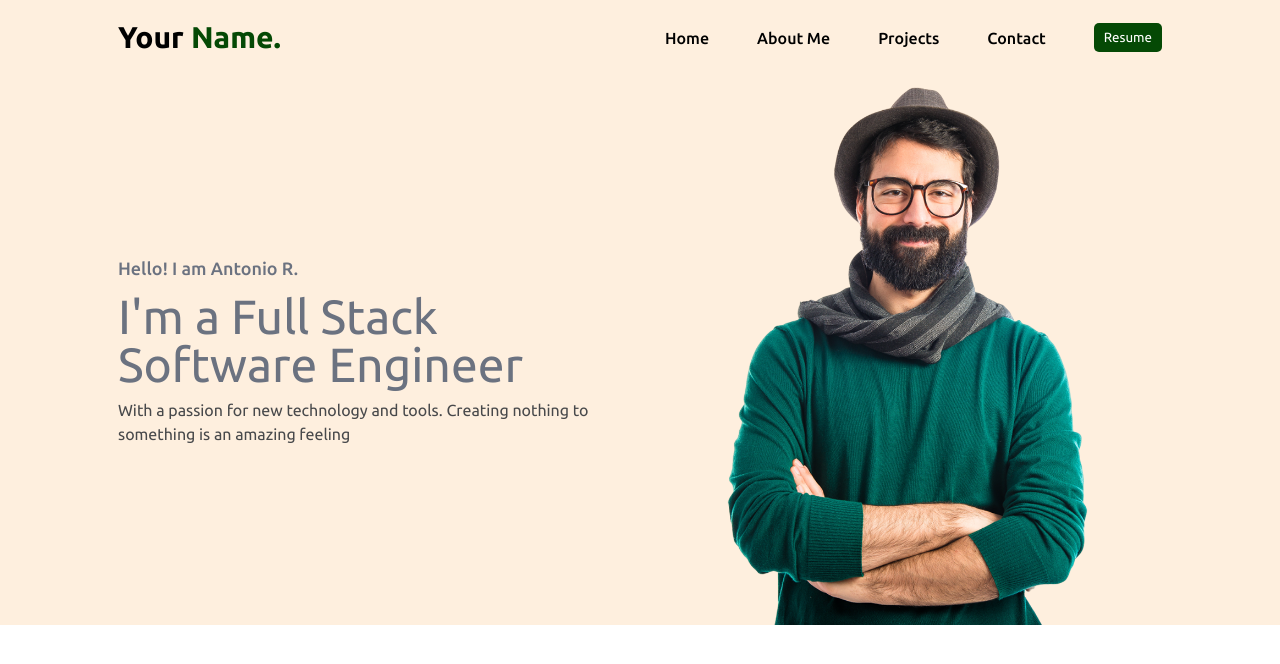
Repository: DevAntonioRogers/vanilla-portfolio
Page: index.html
An editor plug-in stored every save of this project. The page is shown before and after the next save, followed by the edit.
The browser window is 1280 px wide. The pictures show the whole page.

Above is the page before, as saved 2023-07-14 22:17:17.

### index.html
<!DOCTYPE html>
<html lang="en">
  <head>
    <meta charset="UTF-8" />
    <meta name="viewport" content="width=device-width, initial-scale=1.0" />
    <link rel="stylesheet" href="style.css" />
    <title>Antonio Rogers</title>
  </head>
  <body>
    <nav>
      <div class="container navbar">
        <a href="/" aria-label="Home">
          <h1>Your <span>Name.</span></h1></a
        >
        <ul>
          <li>
            <a href="/" aria-label="Home">Home</a>
          </li>
          <li>
            <a href="/" aria-label="About Me">About Me</a>
          </li>
          <li>
            <a href="/" aria-label="Projects">Projects</a>
          </li>
          <li>
            <a href="/" aria-label="Contact">Contact</a>
          </li>
          <li>
            <a href="/resume.pdf" download aria-label="Download Resume">
              <button class="navbar-button">Resume</button>
            </a>
          </li>
        </ul>
      </div>
    </nav>

    <section class="hero">
      <div class="container hero-container">
        <div class="hero-info">
          <h4>Hello! I am Antonio R.</h4>
          <h1>I'm a Full Stack Software Engineer</h1>
          <p>With a passion for new technology and tools. Creating nothing to something is an amazing feeling</p>
        </div>

        <div class="hero-image-container">
          <img src="hero.png" alt="" />
        </div>
      </div>
    </section>
  </body>
</html>

### style.css
@import url("https://fonts.googleapis.com/css2?family=Ubuntu:wght@300;400;500;700&display=swap");

* {
  box-sizing: border-box;
  padding: 0;
  margin: 0;
  font-family: "Ubuntu", sans-serif;
}

a {
  text-decoration: none;
  color: inherit;
}

li {
  list-style: none;
}

.container {
  width: 89%;
  margin: auto;
  max-width: 1044px;
}

/* NAVBAR STYLING */

nav {
  background: #feefde;
  padding: 20px 0;
}

.navbar {
  display: flex;
  justify-content: space-between;
  align-items: center;
}

.navbar h1 {
  font-size: 30px;
  font-weight: 700;
}

.navbar span {
  color: rgb(5, 73, 5);
}

.navbar ul {
  display: flex;
  align-items: center;
  gap: 3rem;
}

.navbar ul li {
  font-weight: 500;
}

.navbar-button {
  background-color: rgb(5, 73, 5);
  padding: 7px 10px;
  border-radius: 5px;
  color: white;
  border: none;
}

/* HERO STYLES */

.hero {
  background-color: #feefde;
}

.hero-container {
  display: grid;
  grid-template-columns: repeat(2, minmax(0, 1fr));
  align-items: center;
  gap: 1.5rem;
}

.hero-image-container {
  display: flex;
  justify-content: center;
  align-items: center;
}

.hero-info h4 {
  font-size: 1.12rem;
  line-height: 1.75rem;
  color: #6b7280;
  font-weight: 500;
  margin-bottom: 10px;
}

.hero-info h1 {
  font-size: 3rem;
  line-height: 1;
  color: #6b7280;
  font-weight: 400;
  margin-bottom: 10px;
}

.hero-info p {
  font-size: 1rem;
  line-height: 1.5rem;
  font-weight: 400;
  color: #48494b;
}

.hero-container img {
  height: 550px;
  position: relative;
}

After the next save:
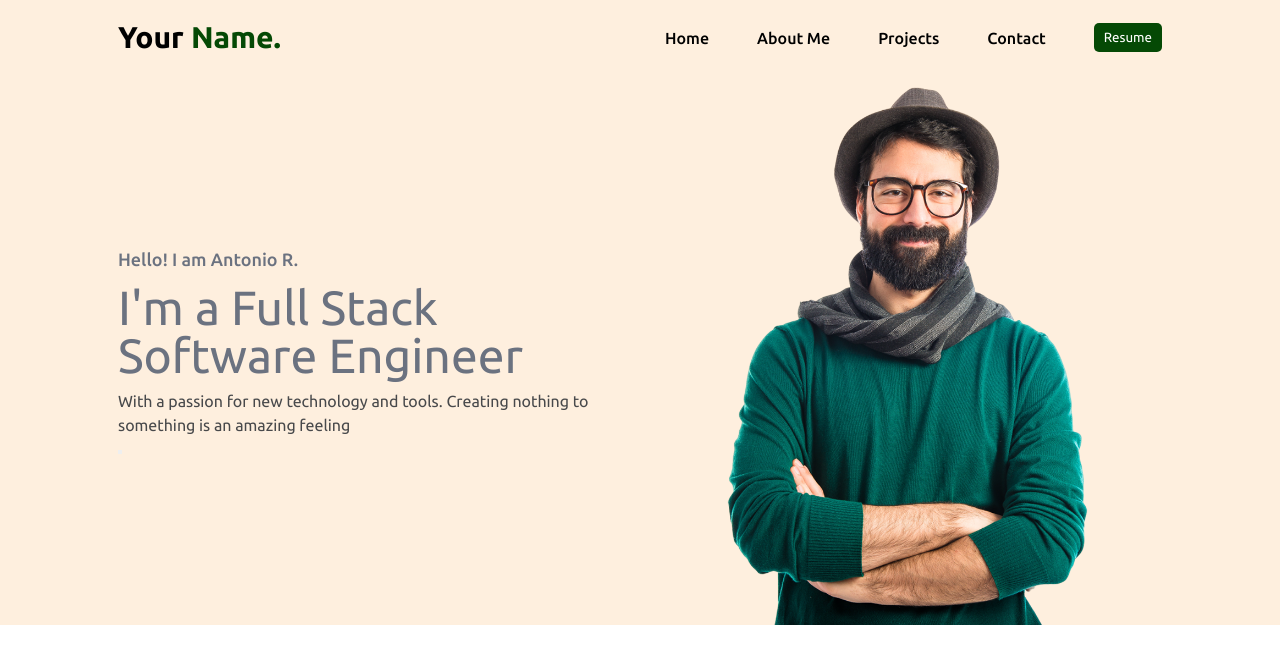
Saved 49 s later.
--- a/index.html
+++ b/index.html
@@ -40,6 +40,10 @@
           <h4>Hello! I am Antonio R.</h4>
           <h1>I'm a Full Stack Software Engineer</h1>
           <p>With a passion for new technology and tools. Creating nothing to something is an amazing feeling</p>
+
+          <div class="hero-btn-container">
+            <button></button>
+          </div>
         </div>
 
         <div class="hero-image-container">
